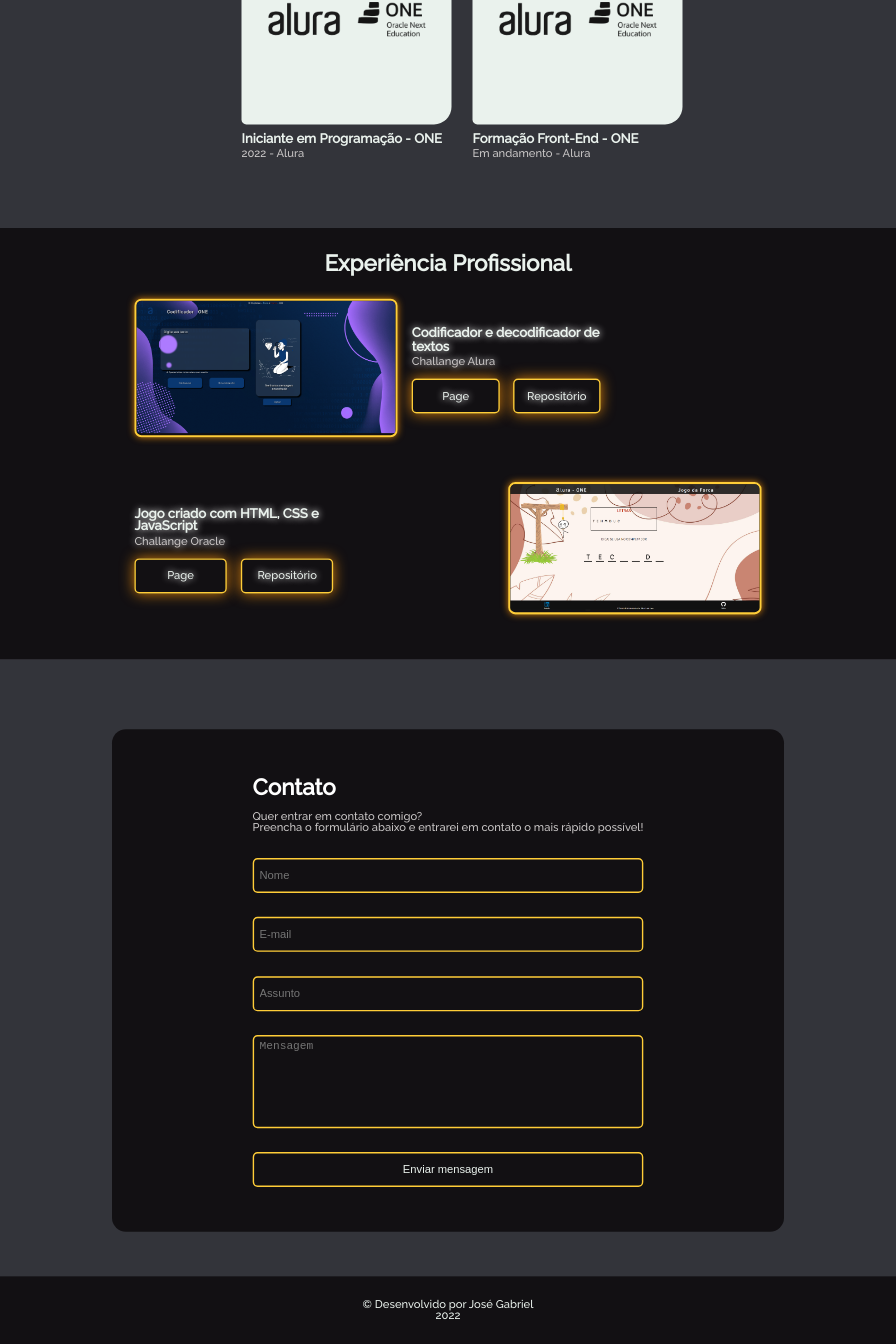
Repository: GabbLps/Portfolio
Page: index.html
These files come from the project's save history. The page is drawn as it stood at one moment and after the next save; the edit follows.
The browser window is 1280 px wide. The pictures show the part of the page from y = 1854 to 3774 px (the page is 3774 px tall before and 3710 px after), at 70% of full size.

Above is the page before, as saved 2022-07-04 15:03:34.

### index.html
<!DOCTYPE html>
<html lang="en">
<head>
    <meta charset="UTF-8">
    <meta http-equiv="X-UA-Compatible" content="IE=edge">
    <meta name="viewport" content="width=device-width, initial-scale=1.0">

    <!-- Folha de estilo de CSS Linkado -->
    <link rel="stylesheet" href="style.css">

    <link rel="preconnect" href="https://fonts.googleapis.com">
    <link rel="preconnect" href="https://fonts.gstatic.com" crossorigin>

    <!-- Fonte do Projeto Raleway -->
    <link href="https://fonts.googleapis.com/css2?family=Raleway:wght@500&display=swap" rel="stylesheet">

    <title>Portifólio Pessoal</title>
</head>
<body>
    <!-- Menu Principal Header-->
        <header>
            <section class="menu">
                <img class="img__menu" src="assets\vector.png">
                <h3 class="menu__title">José Gabriel de Araújo Lopes</h3>
            </section>
            <nav>
                <ul class="menu__list">
                    <li class="menu__list__item"><a href="#sobremim">Sobre mim</a></li>
                    <li class="menu__list__item"><a href="#skills">Skills</a></li>
                    <li class="menu__list__item"><a href="#hobbies">Hobbies</a></li>
                    <li class="menu__list__item"><a href="#formacao">Formações e Cursos</a></li>
                    <li class="menu__list__item"><a href="#xp">Experiência</a></li>
                    <li class="menu__list__item"><a href="#contato"><b>jhosegabriel95@gmail.com</b></a></li>
                </ul>
            </nav>
        </header>

        <!-- Sessão de Title/Hero -->
        <section class="title">
            <div class="title__div">
                <img class="title__profile" src="assets\profile.jpg">
                <div class="title__container" id="#sobremim">
                    <h2 class="title__bio">Aooba!, me chamo <span>José Gabriel</span> e serei um futuro desenvolvedor!</h2>
                    <p class="title__subsection">No momento sou menor aprendiz na área de TI e estou participando do projeto Oracle ONE na Alura.</p>
                    <ul class="title__social__media">
                        <li class="title__social__media__item"><a href="https://github.com/GabbLps" target="_blank">Github <img src="assets\arrow.png"> </a></li>
                        <li class="title__social__media__item"><a href="https://www.linkedin.com/in/josegabrielalopes/" target="_blank">Linkedin <img src="assets\arrow.png"></a></li>
                        <li class="title__social__media__item"><a href="https://api.whatsapp.com/send?phone=5511933470137" target="_blank">Whatsapp <img src="assets\arrow.png"></a></li>
                        <li class="title__social__media__item"><a href="curriculo.pdf" target="_blank">Curriculo <img src="assets\arrow.png"></a></li>
                    </ul>
                </div>
            </div>
        </section>

        <!-- Sessão sobre mim -->
        <section class="about">
            <div class="about__container">
                <h3 class="about__title">Sobre mim</h3>
                <p class="about__paragraph">Atualmente trabalhando como Menor Aprendiz na área de TI, meu foco é ser um desenvolvedor full stack, pretendo ingressar num curso tecnólogo em Análise e Desenvolvimento de Sistemas e me especializar no que eu mais gostar, com foco no back-end! </p>
                <p class="about__paragraph">Sou uma pessoa empenhada,
                    busco sempre melhorias, formas de automatizar as coisas, ou deixarem mais fáceis, inclusive tenho fácil aprendizagem e gosto de aprender coisas novas..</p>
            </div>
        </section>

        <!-- Sessão de Skills/Habilidades -->
        <section class="skills">
            <h3 class="skills__title" id="skills">Skills</h3>
                <div class="skills__content">
                    <div class="skills__caixa">
                        <ul>
                            <li class="skills__img"><img src="assets\htlm.png" alt=""></li>
                            <li class="skills__name">Html 5</li>
                        </ul>
                    </div>
                    <div class="skills__caixa">
                        <ul>
                            <li class="skills__img"> <img src="assets\css_icon.png" alt=""> </li>
                            <li class="skills__name">CSS</li>
                        </ul>
                    </div>
                    <div class="skills__caixa">
                        <ul>
                            <li class="skills__img"> <img src="assets\js_icon.png" alt=""></li>
                            <li class="skills__name">Javascript</li>
                        </ul>
                    </div>
                    <div class="skills__caixa">
                        <ul>
                            <li class="skills__img"></li>
                                <div class="gitehub">
                                    <img src="assets\git_icon.png" alt="" class="github">
                                    <img src="assets\github_icon.png" alt="" class="github">
                                </div>
                            <li class="skills__name">Git & GitHub</li>
                        </div>
                    </div>
                </div>
        </section>

        <!-- Sessão de Hobbies -->

        <section class="hobbies" id="hobbies">
            <h3 class="hobbies__title">Hobbies</h3>
                <div class="hobbies__content">
                    <div class="hobbies__caixa">
                        <ul>
                            <li class="hobbies__img"> <img src="assets\headphones_icon.png" alt=""></li>
                            <li class="hobbies__name">Ouvir música</li>
                        </ul>
                    </div>
                    <div class="hobbies__caixa">
                        <ul>
                            <li class="hobbies__img"><img src="assets\tv_icon.png" alt=""></li>
                            <li class="hobbies__name">Assistir</li>
                        </ul>
                    </div>
                    <div class="hobbies__caixa">
                        <ul>
                            <li class="hobbies__img"> <img src="assets\play_icon.png" alt=""> </li>
                            <li class="hobbies__name">Jogar</li>
                        </ul>
                    </div>
                    <div class="hobbies__caixa">
                        <ul>
                            <li class="hobbies__img"> <img src="assets\exercise_icon.png" alt=""> </li>
                            <li class="hobbies__name">Fazer exercícios</li>
                        </ul>
                    </div>
                    <div class="hobbies__caixa">
                        <ul>
                            <li class="hobbies__img"> <img src="assets\study_icon.png" alt=""> </li>
                            <li class="hobbies__name">Estudar</li>
                        </ul>
                    </div>
            </div>
        </section>

        <!-- Sessão Historico Acadêmico -->

        <section class="academic" id="academic">
            <div class="academic__container">
                <h3 class="academic__title">Formação</h3>
                <div class="academic__content">
                    <ul>
                        <li class="academic__item">
                            <div class="academic__item__img">
                                <img src="assets/alura_one.png" alt="">
                            </div>
                            <div class="academic__item__info">
                                <h3>Iniciante em Programação - ONE</h3>
                                <span>2022 - Alura</span>
                            </div>
                        </li>

                        <li class="academic__item">
                            <div class="academic__item__img">
                                <img src="assets/alura_one.png" alt="">
                            </div>
                            <div class="academic__item__info">
                                <h3>Formação Front-End - ONE</h3>
                                <span>Em andamento - Alura</span>
                            </div>
                        </li>
                    </ul>


                    </div>
                </div>
            </div>
        </section>

        <!-- Sessão de Experiência Profissional/Projetos-->

        <section id="projects">
            <div class="projects__container">
                <h3 class="projects__title">Experiência Profissional</h3>
                <div class="projects">
                    <div class="projects__content">
                        <div class="project__item">
                            <img src="/assets/decode_project.png" alt="">
                        </div>
                        <div class="project__info">
                            <h3>Codificador e decodificador de textos</h3>
                            <span>Challange Alura</span>
                            <div class="buttons">
                                <a href="https://gabblps.github.io/Decodificador-ONE-Challange-Alura/" target="_blank">Page</a>
                                <a href="https://github.com/GabbLps/Decodificador-ONE-Challange-Alura" target="_blank">Repositório</a>
                            </div>
                        </div>
                    </div>

                    <div class="projects__content">
                        <div class="project__info">
                            <h3>Jogo criado com HTML, CSS e JavaScript</h3>
                            <span>Challange Oracle</span>
                            <div class="buttons">
                                <a href="https://gabblps.github.io/Jogo-da-Forca-ONE-Challange-Alura/" target="_blank">Page</a>
                                <a href="https://github.com/GabbLps/Jogo-da-Forca-ONE-Challange-Alura" target="_blank">Repositório</a>
                            </div>
                        </div>
                        <div class="project__item">
                            <img src="/assets/forca_project.png" alt="">
                        </div>
                    </div>
                </div>
            </div>

        </section>

        <!-- Sessão Contato -->

        <section id="contact">
            <div class="contact__container">
                <div class="contact">
                    <img class="img__contact" src="assets/contact_image.png" alt="#">
                    <div class="contact__content">
                        <h3 class="contact__title">Contato</h3>
                        <p>Quer entrar em contato comigo?<br>
                            Preencha o formulário abaixo e entrarei em contato o mais rápido possível!
                        </p>
                        <form action="" class="formulario">
                            <input type="text" placeholder="Nome" minlength="3" maxlength="50" required>
                            <input type="email" placeholder="E-mail" required>
                            <input type="text" placeholder="Assunto" required>
                            <textarea placeholder="Mensagem" required></textarea>
                            <input class="btn_submit" type="submit" value="Enviar mensagem">
                        </form>
                    </div>
                </div>
            </div>
        </section>

        <!-- Footer -->
        <footer>
            <p>© Desenvolvido por José Gabriel</p>
            <span>2022</span>
        </footer>
</body>
</html>

### style.css
:root{

    /* --cor-de-fundo: #F5F5F5;
    --cor-de-fundo-secundaria: #EAF2FD;
    --cor-de-link: #000;
    --cor-de-titulos: #464646;
    --cor-fundo-azul: #EAF2ED;
    --cor-titulos-principais: #000;
    --azul-botoes: #2A74E4;
    --cor-caixas: #FFF; */

    --cor-de-fundo: #121013;
    --cor-de-fundo-secundaria: #33343a;
    --cor-de-link: #FFCD38;
    --cor-hover: #d37d0c;
    --cor-de-titulos: #cac7c7;
    --cor-fundo-azul: #EAF2ED;
    --cor-titulos-principais: #fbfbfbe8;
    --azul-botoes: #2A74E4;
    --cor-caixas: #33343a;

    /* Cores legais
    5e666d
    33343a
     */
}

html {
    background-color: var(--cor-de-fundo);
}

body {
    box-sizing: border-box;
    background-color: var(--cor-de-fundo) ;
    font-family: 'Raleway';
    margin: 0;
    padding: 0;
    line-height: 1;
}

ol, ul,li {
    list-style: none;
}

a{
    text-decoration: none;
    color: var(--cor-de-link);
}
a:hover{
    color: var(--cor-hover);
}

/*Sessão Menu*/

header {
    display: flex;
    justify-content: space-between;
    align-items: center;
    align-content: flex-end;
    height: 10vh;
    width: auto;
    margin: 0 153px;
}

.menu {
    display: flex;
    align-items: center;
    font-weight: 700;
}

.menu__title {
    color: var(--cor-de-link);
    text-shadow: 0px 0px 15px #FFF;
}

header section img {
    margin-right: 13px;
    user-select: none;
}

/* Sessão lista de navegação  */

nav ul.menu__list {
    display: flex;
    justify-content: space-between;
    width: 780px;
    font-size: 16px;
    text-decoration: underline;
}

/*Sessão Title*/

div.title__div{
    display: flex;
    flex-direction: row-reverse;
    justify-content: space-around;
    align-content: center;
    margin: 0 auto;
}

div.title__container{
    width: 900px;
}

div.title__container h2{
    font-size: 56px;
    font-weight: 700;
    line-height: 65px;
}

section.title{
    margin: 32px 0;
}

div h2.title__bio{
    color: var(--cor-titulos-principais);
}

div h2.title__bio span {
    text-shadow: 0px 0px 30px var(--cor-de-link);
}

.title__subsection {
    font-size: 22px;
    color: var(--cor-de-titulos);
    font-weight: 400;
    line-height: 22px;
}

.title__profile{
    width: 368px;
    height: 368px;
    border-radius: 50%;
    border: solid 3px var(--cor-de-link);
    box-shadow: 0px 0px 12px 5px var(--cor-de-link);
    transition: 0.3s;
}

ul.title__social__media{
    display: flex;
    flex-direction: row;
    gap: 32px;
    padding: 0;
    font-weight: 500;
}

ul li.title__social__media__item{
    font-size: 16px;
    font-weight: 500;
}

/* Sessão about */

section.about{
    width: auto;
    height: 383px;
    background-color: var(--cor-de-fundo-secundaria);
    color: var(--cor-de-titulos);
    padding-top: 20px;
    padding-left: 150px;
}

/* Container sessão about me */

div.about__container{
    max-width: 920px;
}

.about__title {
    color: var(--cor-titulos-principais);
    font-size: 32px;
    font-weight: 700;
}

.about__paragraph{
    font-size: 16px;
    line-height: 16px;
    font-weight: 400;
    margin-bottom: 32px;
}

/* Sessão skills e hobbies */

section.hobbies {
    padding: 32px;
    padding-bottom: 100px;
}

/* TITULOS  */

.skills__title, .hobbies__title, .academic__title ,.projects__title {
    text-align: center;
    font-size: 32px;
    line-height: 37px;
    font-weight: 700;
    color: var(--cor-fundo-azul);
    margin-top: 32px;
}

div.skills__content, div.hobbies__content{
    display: flex;
    justify-content: center;
    gap: 20px;
}

div.skills__caixa, div.hobbies__caixa{
    display: flex;
    flex-direction: column;
    justify-content: flex-end;
    align-items: flex-start;
    width: 176px;
    height: 174px;
    border: 2px solid var(--cor-de-link);
    border-radius: 5px 20px;
    background-color: var(--cor-caixas);
    background-color: var(--cor-de-fundo-secundaria);
    font-weight: bold;
    padding: 0;
    transition: 0.3s;
}

div.skills__caixa:hover, div.hobbies__caixa:hover {
    transform: scale(1.1);
}

section.skills div ul, section.hobbies div ul{
    display: flex;
    flex-direction: column;
    gap: 8px;
    margin: 0;
    padding-left: 25px;
    padding-bottom: 22px;
}

.skills__name, .hobbies__name{
    color: var(--cor-titulos-principais);
}

 /* Icones skills */

 .gitehub{
    display: flex;
    justify-content: space-between;
 }
.github{
    width: 32px;
 }

/* Icones hobbies */
.hobbies__img img{
    width: 32px;
}


/* Sessão acadêmica */

.academic__container h3{
    margin-top: 0;
}

.academic__container{
    padding-top: 32px;
    padding-bottom: 80px;
    background-color: var(--cor-de-fundo-secundaria);
}

.academic .academic__title{
    text-align: center;
    font-size: 32px;
    line-height: 37px;
    font-weight: 700;
    color: var(--cor-fundo-azul);
}

.academic__content ul{
    display: flex;
    justify-content: center;
    gap: 30px;
    text-align: left;
}

.academic__item__img{
    display: flex;
    justify-content: center;
    align-items: center;
    width: 300px;
    height: 300px;
    margin-bottom: 8px;
    border-radius: 25px 7px;
    background-color: var(--cor-fundo-azul);
}

.academic__item__img img {
    width: 262px;
    height: 60px;
    margin-left: 37px;
}

.academic__item__info{
    color: var(--cor-fundo-azul);
    line-height: 22px;
}

.academic__item__info h3{
    margin: 0;
}

.academic__item__info span{
    color: var(--cor-de-titulos);
}

/* Experiência Profissional */

.projects__title{
    margin: 32px 0;
    display: block;
}

.projects{
    display: flex;
    flex-direction: column;
    width: 70%;
    margin: 0 auto;
}

.projects__content {
    margin-bottom: 64px;
    display: flex;
    gap: 20px;
    text-shadow: 0px 0px 10px #FFF;

}

.project__item{
    width: 50%;
    border: 3px solid var(--cor-de-link);
    border-radius: 10px;
    overflow: hidden;
    transition: 0.2s;
    box-shadow: 0px 0px 10px var(--cor-hover);
}

.project__item:hover {
    border-color: var(--cor-hover);
    transform: scale(1.01);
}



.project__item img{
    width: 100%;
    height: auto;
}

.project__info{
    display: flex;
    flex-direction: column;
    justify-content: center;
    padding-right: 230px;
    color: var(--cor-fundo-azul);
}

.project__info h3{
    margin: 5px 0;
}

.project__info span {
    color: var(--cor-de-titulos);
    margin-bottom: 1em;
}

.projects__content .buttons {
    display: flex;
    justify-content: space-between;
}


.projects__content a{
    width: 45%;
    padding: 15px 0;
    font-size: 16px;
    text-align: center;
    font-weight: lighter;
    border: 2px solid var(--cor-de-link);
    border-radius: 7px;
    box-shadow: 0px 0px 20px var(--cor-hover);
    background-color: rgba(0, 0, 0, 0);
    color: var(--cor-fundo-azul);
    transition: 0.3s;
    cursor: pointer;
}

.projects__content a:hover{
    border-radius: 20px;
    border-color: var(--cor-hover);
}

/* Contato */

#contact {
    display: flex;
    justify-content: space-between;
    background-color: var(--cor-de-fundo-secundaria);
}

.contact__container {
    display: flex;
    width: 75%;
    margin: 0 auto;
    padding-top: 100px;
    padding-bottom: 64px;
}

.contact{
    display: flex;
    gap: 2em;
}

.contact__title {
    font-size: 32px;
    line-height: 37px;
    font-weight: 700;
    color: var(--cor-fundo-azul);
    margin-top: 32px;
    margin-bottom: 5px;
}

.contact__content {
    color: var(--cor-fundo-azul);
}

.contact__content h3{
    color:#FFF;
    margin: 0;
}

.contact__content p{
    color: var(--cor-de-titulos);
    margin-bottom: 35px;
    width: 100%;
}

.formulario {
    display: flex;
    flex-direction: column;
    gap: 15px;
    height: 470px;
    justify-content: space-between;
}

.formulario input, .formulario textarea {
    box-sizing: border-box;
    width: 100%;
    height: 50px;
    padding: 5px 0.5em;
    font-size: 16px;
    font-weight: lighter;
    border: 2px solid var(--cor-de-link);
    border-radius: 7px;
    background-color: var(--cor-de-fundo);
    color: var(--cor-fundo-azul);
    transition: 0.3s;
}

.formulario input:hover, .formulario textarea:hover {
    border-color: var(--cor-hover);
}

.formulario textarea {
    height: 133px;
    resize: none;
}

.btn_submit {
    cursor: pointer;
}

/* Footer */

footer {
    padding: 32px 0;
    background-color: var(--cor-de-fundo);
    text-align: center;
    font-weight: 500;
    color: var(--cor-fundo-azul);
}

footer p {
    font-size: 16px;
    font-weight: 500;
    margin: 0;
}

@media(min-width:769px){
    /* sessão header */
    header {
        width: 90%;
        margin: 16px auto;
    }
    /* titulo nav */
    .menu__title {
        width: 255px;
    }
    /* container profile */
    .title__div {
        width: 90%;
    }
    /* imagem contato */
    .img__contact {
        display: none;
    }

    .contact {
        width: 90%;
        padding: 64px;
        border-radius: 20px;
        background-color: var(--cor-de-fundo);
        justify-content: center;
    }


}

@media(max-width:768px){
    header{
        width: auto;
    }
}

After the next save:
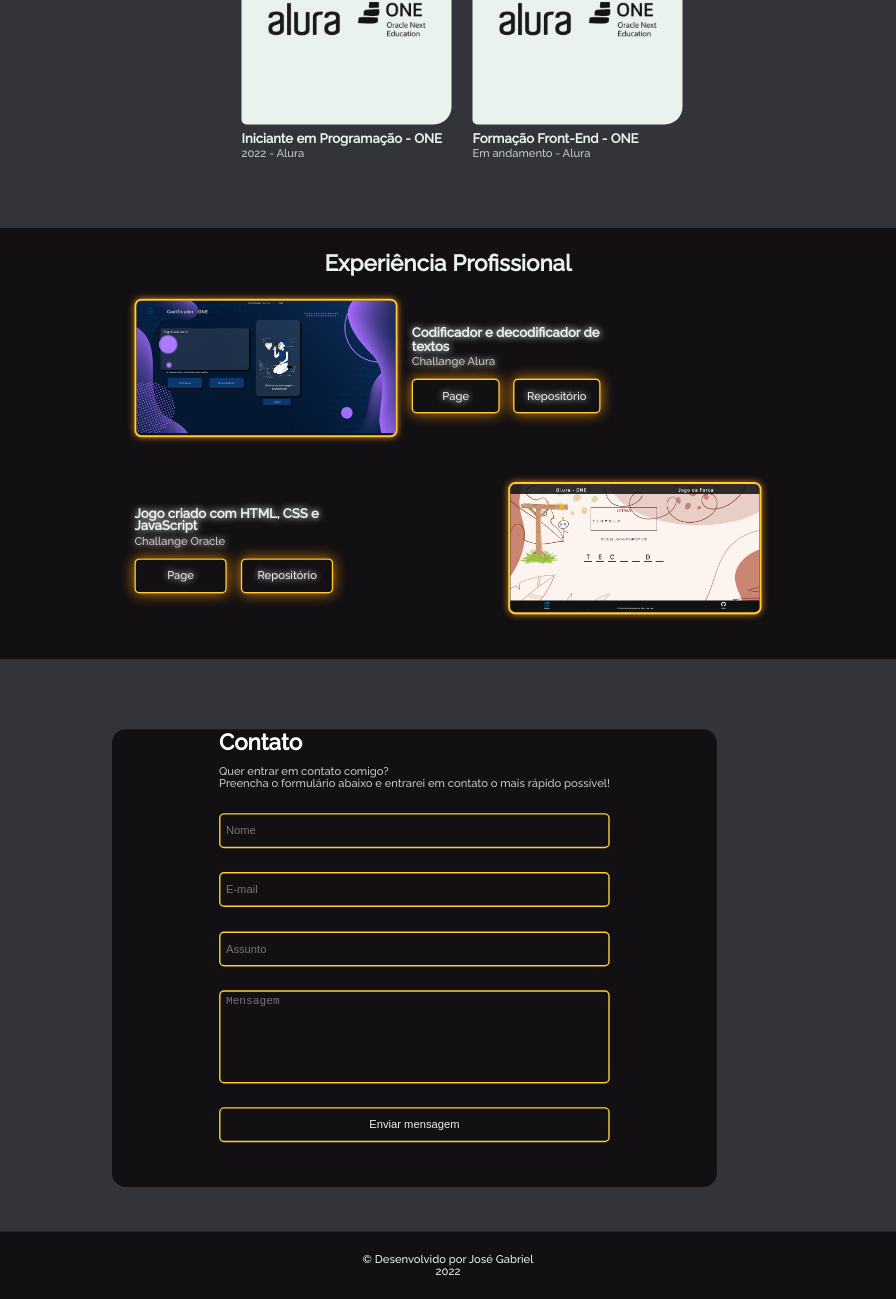
Saved 37 s later.
--- a/style.css
+++ b/style.css
@@ -512,7 +512,7 @@
 
     .contact {
         width: 90%;
-        padding: 64px;
+        padding-bottom: 64px;
         border-radius: 20px;
         background-color: var(--cor-de-fundo);
         justify-content: center;
